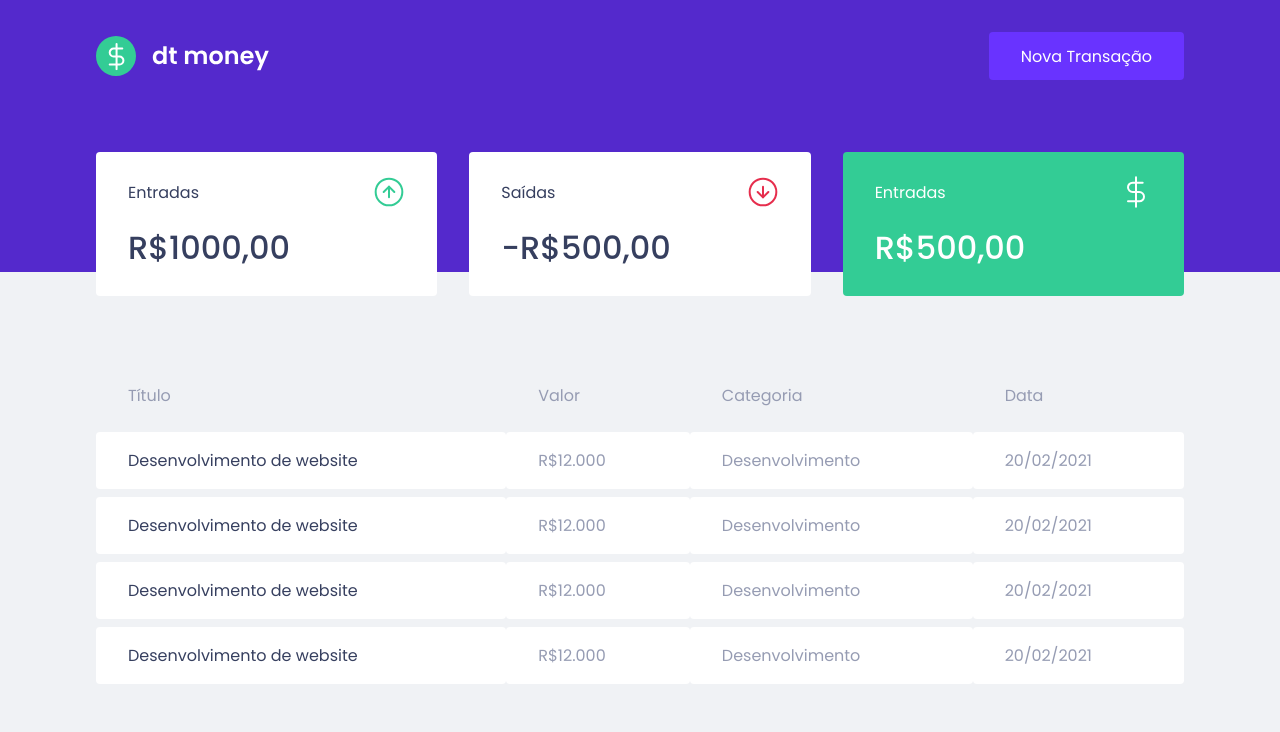
Repository: FreitasGabriel/dtmoney
Page: /
These files come from the project's save history. The page is drawn as it stood at one moment and after the next save; the edit follows.
The browser window is 1280 px wide. The pictures show the whole page.
The project was rebuilt for these pictures with package versions that can differ from the ones it lists, and the page was loaded fresh each time.

Above is the page before, as saved 2021-03-16 19:14:20.

After the next save:
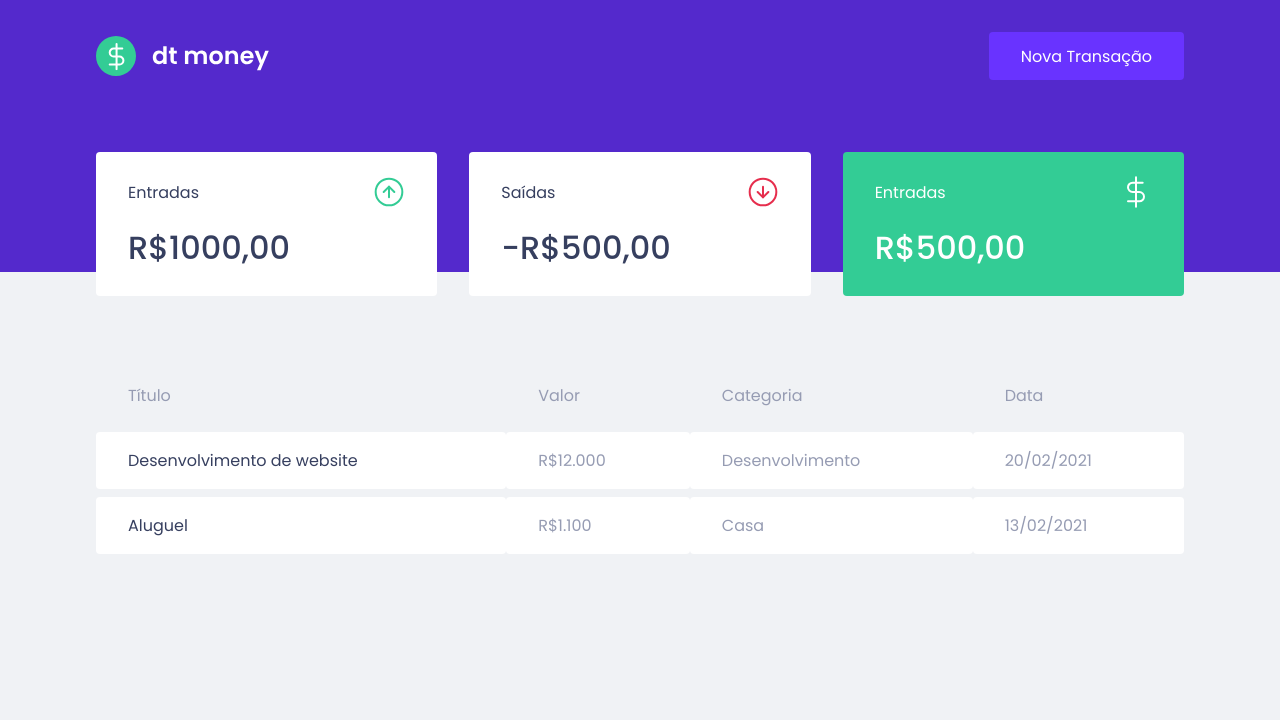
Saved 58 s later.
--- a/src/components/TransactionsTable/index.tsx
+++ b/src/components/TransactionsTable/index.tsx
@@ -20,23 +20,12 @@ export function TransactionsTable() {
                         <td>20/02/2021</td>
                     </tr>
                     <tr>
-                        <td>Desenvolvimento de website</td>
-                        <td>R$12.000</td>
-                        <td>Desenvolvimento</td>
-                        <td>20/02/2021</td>
+                        <td>Aluguel</td>
+                        <td>R$1.100</td>
+                        <td>Casa</td>
+                        <td>13/02/2021</td>
                     </tr>
-                    <tr>
-                        <td>Desenvolvimento de website</td>
-                        <td>R$12.000</td>
-                        <td>Desenvolvimento</td>
-                        <td>20/02/2021</td>
-                    </tr>
-                    <tr>
-                        <td>Desenvolvimento de website</td>
-                        <td>R$12.000</td>
-                        <td>Desenvolvimento</td>
-                        <td>20/02/2021</td>
-                    </tr>
+
                 </tbody>
             </table>
         </Container>
